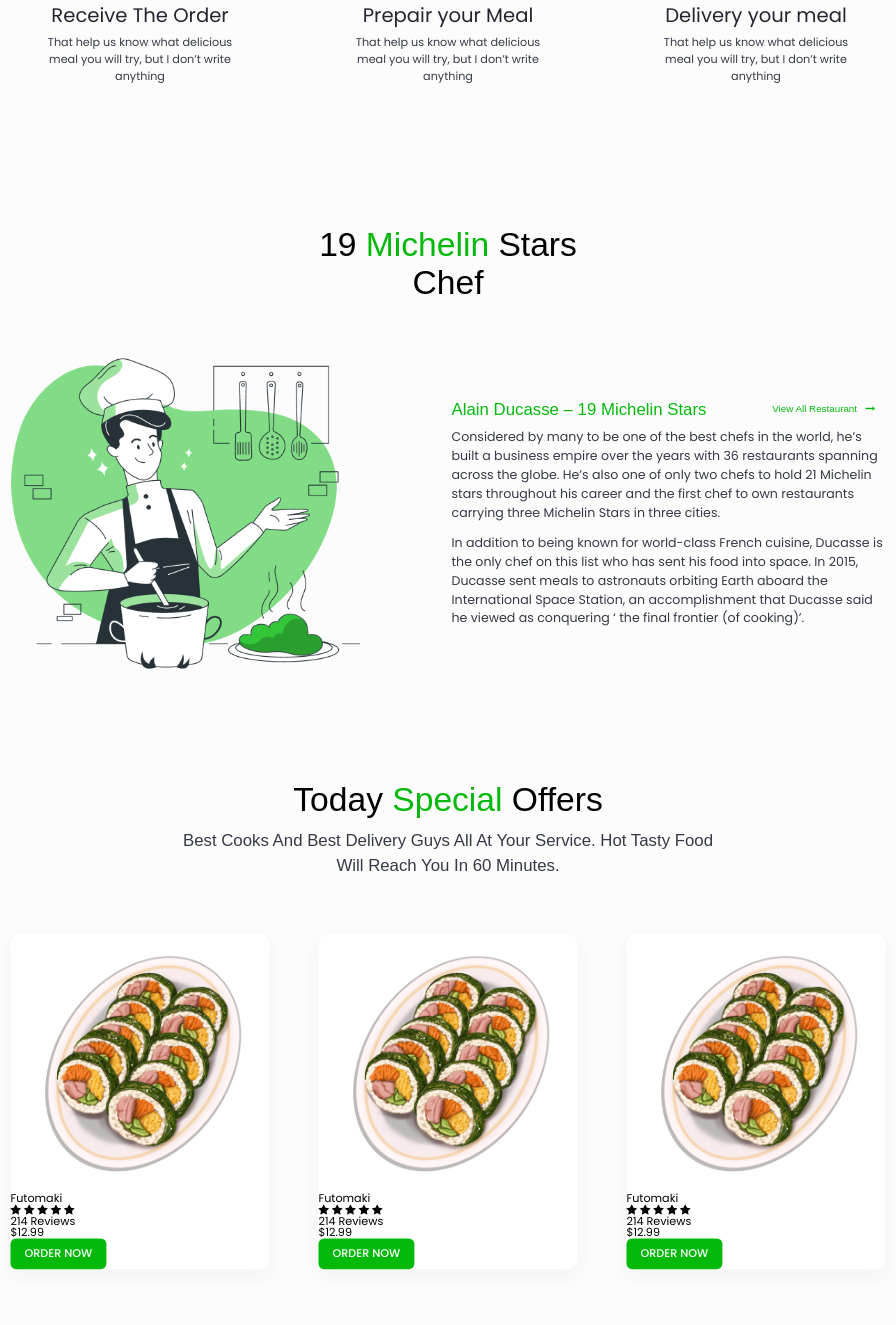
Repository: Toan3333/fooz
Page: index.html
These files come from the project's save history. The page is drawn as it stood at one moment and after the next save; the edit follows.
The browser window is 1280 px wide. The pictures show the part of the page from y = 1333 to 3253 px (the page is 3226 px tall before and 3253 px after), at 70% of full size.
Some web fonts or font styles are not loaded; a fallback is used.

Above is the page before, as saved 2023-05-18 16:13:18.

### index.html
<!DOCTYPE html>
<html lang="en">
  <head>
    <meta charset="UTF-8" />
    <meta http-equiv="X-UA-Compatible" content="IE=edge" />
    <meta name="viewport" content="width=device-width, initial-scale=1.0" />
    <title>Document</title>
    <link rel="stylesheet" href="./assets/css/style.css" />
    <link
      href="https://fonts.googleapis.com/css?family=Poppins:100,100italic,200,200italic,300,300italic,regular,italic,500,500italic,600,600italic,700,700italic,800,800italic,900,900italic"
      rel="stylesheet"
    />
    <link
      href="https://fonts.googleapis.com/css?family=Alice:regular"
      rel="stylesheet"
    />
    <link
      rel="stylesheet"
      href="https://cdnjs.cloudflare.com/ajax/libs/font-awesome/4.7.0/css/font-awesome.min.css"
    />
  </head>
  <body>
    <div class="app">
      <!-- header -->
      <header class="header">
        <div class="container">
          <div class="header-main">
            <div class="header-logo">
              <img src="./assets/images/Logo.svg" alt="" />
            </div>
            <div class="header-menu">
              <ul class="header-nav">
                <li class="header-list">
                  <a href="#" class="header-link active">Home</a>
                </li>
                <li class="header-list">
                  <a href="#" class="header-link">Menu</a>
                </li>
                <li class="header-list">
                  <a href="#" class="header-link">Blog</a>
                </li>
                <li class="header-list">
                  <a href="#" class="header-link">About us</a>
                </li>
                <li class="header-list">
                  <a href="#" class="header-link">Contact</a>
                </li>
              </ul>
            </div>
            <div class="header-auth">
              <div class="header-icon">
                <a href="#">
                  <i class="fa fa-user" aria-hidden="true"></i>
                </a>
                <a href="#">
                  <i class="fa fa-search" aria-hidden="true"></i>
                </a>
                <a href="#">
                  <i class="fa fa-shopping-cart" aria-hidden="true"></i>
                </a>
              </div>
            </div>
          </div>
        </div>
      </header>
      <section class="hero">
        <div class="container">
          <div class="hero-main">
            <div class="hero-content">
              <h2 class="hero-title">You’ve Got Questions We’ve Got Taste</h2>
              <div class="hero-desc">
                Explore your Taste with speacial food in the special place. This
                text don’t have any meaning
              </div>
              <div class="hero-cta">
                <div class="hero-btn">
                  <button class="button-primary">ORDER NOW</button>
                  <span>Explore menu</span>
                </div>
              </div>
              <div class="hero-info">
                <div class="hero-list">
                  <div class="hero-item">
                    <div class="hero-number">9+</div>
                    <div class="hero-text">years of service.</div>
                  </div>
                  <div class="hero-item">
                    <div class="hero-number">120+</div>
                    <div class="hero-text">Store in the world.</div>
                  </div>
                </div>
              </div>
            </div>
            <div class="hero-image">
              <img src="./assets/images/hero-bg.png" alt="" />
            </div>
          </div>
        </div>
      </section>
      <section class="service">
        <div class="container">
          <div class="text-center__primary">
            How we keep your meal <span class="text-primary">Delicious</span>
          </div>
          <div class="service-list">
            <div class="service-item">
              <div class="service-icon">
                <a href="#"
                  ><svg
                    width="48"
                    height="48"
                    viewBox="0 0 48 48"
                    fill="none"
                    xmlns="http://www.w3.org/2000/svg"
                  >
                    <path
                      fill-rule="evenodd"
                      clip-rule="evenodd"
                      d="M6 4C4.89543 4 4 4.89543 4 6C4 7.10457 4.89543 8 6 8H8V36C8 40.4183 11.5817 44 16 44H32C36.4183 44 40 40.4183 40 36V8H42C43.1046 8 44 7.10457 44 6C44 4.89543 43.1046 4 42 4H6ZM36 8H12V36C12 38.2091 13.7909 40 16 40H32C34.2091 40 36 38.2091 36 36V8Z"
                      fill="#777E91"
                    />
                    <path
                      d="M25.4142 14.5858C24.6332 13.8047 23.3668 13.8047 22.5858 14.5858L16.5858 20.5858C15.8047 21.3668 15.8047 22.6332 16.5858 23.4142C17.3668 24.1953 18.6332 24.1953 19.4142 23.4142L22 20.8284V32C22 33.1046 22.8954 34 24 34C25.1046 34 26 33.1046 26 32V20.8284L28.5858 23.4142C29.3668 24.1953 30.6332 24.1953 31.4142 23.4142C32.1953 22.6332 32.1953 21.3668 31.4142 20.5858L25.4142 14.5858Z"
                      fill="#777E91"
                    />
                  </svg>
                </a>
              </div>
              <h3 class="service-title">Receive The Order</h3>
              <div class="service-desc">
                That help us know what delicious meal you will try, but I don’t
                write anything
              </div>
            </div>
            <div class="service-item">
              <div class="service-icon">
                <a href="#">
                  <svg
                    width="49"
                    height="48"
                    viewBox="0 0 49 48"
                    fill="none"
                    xmlns="http://www.w3.org/2000/svg"
                  >
                    <path
                      fill-rule="evenodd"
                      clip-rule="evenodd"
                      d="M4.5 26C4.5 22.6863 7.18629 20 10.5 20H38.5C41.8137 20 44.5 22.6863 44.5 26C44.5 35.9411 36.4411 44 26.5 44H22.5C12.5589 44 4.5 35.9411 4.5 26ZM10.5 24H38.5C39.6046 24 40.5 24.8954 40.5 26C40.5 26.679 40.4517 27.3468 40.3582 28H8.64178C8.54834 27.3468 8.5 26.679 8.5 26C8.5 24.8954 9.39543 24 10.5 24ZM9.84726 32C12.0942 36.7299 16.9152 40 22.5 40H26.5C32.0848 40 36.9058 36.7299 39.1527 32H9.84726Z"
                      fill="#777E91"
                    />
                    <path
                      d="M18.5 4C19.6046 4 20.5 4.89543 20.5 6C20.5 8.45315 19.8455 9.78123 19.2889 10.8944L19.2729 10.9263C18.8372 11.7975 18.5 12.4717 18.5 14C18.5 15.1046 17.6046 16 16.5 16C15.3954 16 14.5 15.1046 14.5 14C14.5 11.5468 15.1545 10.2188 15.7111 9.10557L15.7271 9.07371C16.1628 8.20251 16.5 7.52827 16.5 6C16.5 4.89543 17.3954 4 18.5 4Z"
                      fill="#777E91"
                    />
                    <path
                      d="M26.5 4C27.6046 4 28.5 4.89543 28.5 6C28.5 8.45315 27.8455 9.78123 27.2889 10.8944L27.2729 10.9263C26.8372 11.7975 26.5 12.4717 26.5 14C26.5 15.1046 25.6046 16 24.5 16C23.3954 16 22.5 15.1046 22.5 14C22.5 11.5468 23.1545 10.2188 23.7111 9.10557L23.7271 9.07371C24.1628 8.20251 24.5 7.52827 24.5 6C24.5 4.89543 25.3954 4 26.5 4Z"
                      fill="#777E91"
                    />
                    <path
                      d="M36.5 6C36.5 4.89543 35.6046 4 34.5 4C33.3954 4 32.5 4.89543 32.5 6C32.5 7.52827 32.1628 8.20251 31.7271 9.07371L31.7111 9.10557C31.1545 10.2188 30.5 11.5468 30.5 14C30.5 15.1046 31.3954 16 32.5 16C33.6046 16 34.5 15.1046 34.5 14C34.5 12.4717 34.8372 11.7975 35.2729 10.9263L35.2889 10.8944C35.8455 9.78123 36.5 8.45315 36.5 6Z"
                      fill="#777E91"
                    />
                  </svg>
                </a>
              </div>
              <h3 class="service-title">Prepair your Meal</h3>
              <div class="service-desc">
                That help us know what delicious meal you will try, but I don’t
                write anything
              </div>
            </div>
            <div class="service-item">
              <div class="service-icon">
                <a href="#">
                  <svg
                    width="48"
                    height="48"
                    viewBox="0 0 48 48"
                    fill="none"
                    xmlns="http://www.w3.org/2000/svg"
                  >
                    <path
                      fill-rule="evenodd"
                      clip-rule="evenodd"
                      d="M0 14C0 10.6863 2.68629 8 6 8H22C25.3137 8 28 10.6863 28 14V32C28 34.2091 26.2091 36 24 36H16V32H23C23.5523 32 24 31.5523 24 31V14C24 12.8954 23.1046 12 22 12H6C4.89543 12 4 12.8954 4 14V30C4 31.1046 4.89543 32 6 32H8V36H6C2.68629 36 0 33.3137 0 30V14Z"
                      fill="#777E91"
                    />
                    <path
                      fill-rule="evenodd"
                      clip-rule="evenodd"
                      d="M24 14H36.4502C37.9458 14 39.3875 14.5586 40.4927 15.5663L46.0425 20.6264C47.2894 21.7633 48 23.3727 48 25.0601V30C48 33.3137 45.3137 36 42 36H40V32H42C43.1046 32 44 31.1046 44 30V25.0601C44 24.4976 43.7631 23.9612 43.3475 23.5822L37.7977 18.5221C37.4293 18.1862 36.9488 18 36.4502 18H30C28.8954 18 28 18.8954 28 20V31C28 31.5523 28.4477 32 29 32H32V36H24V14Z"
                      fill="#777E91"
                    />
                    <path
                      fill-rule="evenodd"
                      clip-rule="evenodd"
                      d="M12 36C13.1046 36 14 35.1046 14 34C14 32.8954 13.1046 32 12 32C10.8954 32 10 32.8954 10 34C10 35.1046 10.8954 36 12 36ZM12 40C15.3137 40 18 37.3137 18 34C18 30.6863 15.3137 28 12 28C8.68629 28 6 30.6863 6 34C6 37.3137 8.68629 40 12 40Z"
                      fill="#777E91"
                    />
                    <path
                      fill-rule="evenodd"
                      clip-rule="evenodd"
                      d="M36 36C37.1046 36 38 35.1046 38 34C38 32.8954 37.1046 32 36 32C34.8954 32 34 32.8954 34 34C34 35.1046 34.8954 36 36 36ZM36 40C39.3137 40 42 37.3137 42 34C42 30.6863 39.3137 28 36 28C32.6863 28 30 30.6863 30 34C30 37.3137 32.6863 40 36 40Z"
                      fill="#777E91"
                    />
                  </svg>
                </a>
              </div>
              <h3 class="service-title">Delivery your meal</h3>
              <div class="service-desc">
                That help us know what delicious meal you will try, but I don’t
                write anything
              </div>
            </div>
          </div>
        </div>
      </section>
      <section class="about">
        <div class="container">
          <h2 class="text-center__primary about-center">
            19 <span class="text-primary">Michelin</span> Stars Chef
          </h2>
          <div class="about-main">
            <div class="about-image">
              <img src="./assets/images/about-bg.png" alt="" />
            </div>
            <div class="about-content">
              <div class="about-info">
                <div class="about-name">Alain Ducasse – 19 Michelin Stars</div>
                <div class="about-view">
                  View All Restaurant
                  <i class="fa fa-long-arrow-right" aria-hidden="true"></i>
                </div>
              </div>
              <div class="about-text">
                <p class="about-desc">
                  Considered by many to be one of the best chefs in the world,
                  he’s built a business empire over the years with 36
                  restaurants spanning across the globe. He’s also one of only
                  two chefs to hold 21 Michelin stars throughout his career and
                  the first chef to own restaurants carrying three Michelin
                  Stars in three cities.
                </p>
                <br />
                <p class="about-desc">
                  In addition to being known for world-class French cuisine,
                  Ducasse is the only chef on this list who has sent his food
                  into space. In 2015, Ducasse sent meals to astronauts orbiting
                  Earth aboard the International Space Station, an
                  accomplishment that Ducasse said he viewed as conquering ‘ the
                  final frontier (of cooking)’.
                </p>
              </div>
            </div>
          </div>
        </div>
      </section>
      <section class="special">
        <div class="container">
          <div class="text-center__primary special-center">
            Today <span class="text-primary">special</span> offers
            <p class="text-bottom">
              Best cooks and best delivery guys all at your service. Hot tasty
              food will reach you in 60 minutes.
            </p>
          </div>
          <div class="special-list">
            <div class="special-item">
              <div class="special-image">
                <img src="./assets/images/special-1.png" alt="" />
              </div>
              <div class="special-title">Futomaki</div>
              <div class="special-rating">
                <div class="special-icon">
                  <i class="fa fa-star" aria-hidden="true"></i>
                  <i class="fa fa-star" aria-hidden="true"></i>
                  <i class="fa fa-star" aria-hidden="true"></i>
                  <i class="fa fa-star" aria-hidden="true"></i>
                  <i class="fa fa-star" aria-hidden="true"></i>
                </div>
                <div class="special-views">214 Reviews</div>
              </div>
              <div class="special-bottom">
                <div class="special-price">$12.99</div>
                <div class="special-button">
                  <button class="button-primary">ORDER NOW</button>
                </div>
              </div>
            </div>
            <div class="special-item">
              <div class="special-image">
                <img src="./assets/images/special-1.png" alt="" />
              </div>
              <div class="special-title">Futomaki</div>
              <div class="special-rating">
                <div class="special-icon">
                  <i class="fa fa-star" aria-hidden="true"></i>
                  <i class="fa fa-star" aria-hidden="true"></i>
                  <i class="fa fa-star" aria-hidden="true"></i>
                  <i class="fa fa-star" aria-hidden="true"></i>
                  <i class="fa fa-star" aria-hidden="true"></i>
                </div>
                <div class="special-views">214 Reviews</div>
              </div>
              <div class="special-bottom">
                <div class="special-price">$12.99</div>
                <div class="special-button">
                  <button class="button-primary">ORDER NOW</button>
                </div>
              </div>
            </div>
            <div class="special-item">
              <div class="special-image">
                <img src="./assets/images/special-1.png" alt="" />
              </div>
              <div class="special-title">Futomaki</div>
              <div class="special-rating">
                <div class="special-icon">
                  <i class="fa fa-star" aria-hidden="true"></i>
                  <i class="fa fa-star" aria-hidden="true"></i>
                  <i class="fa fa-star" aria-hidden="true"></i>
                  <i class="fa fa-star" aria-hidden="true"></i>
                  <i class="fa fa-star" aria-hidden="true"></i>
                </div>
                <div class="special-views">214 Reviews</div>
              </div>
              <div class="special-bottom">
                <div class="special-price">$12.99</div>
                <div class="special-button">
                  <button class="button-primary">ORDER NOW</button>
                </div>
              </div>
            </div>
          </div>
        </div>
      </section>
    </div>
  </body>
</html>

### assets/css/style.css
*,
*:before,
*:after {
  box-sizing: border-box;
  text-decoration: none;
  list-style: none;
}
:root {
  --font-primary: "Poppins", sans-serif;
  --font-secondary: "Alice", sans-serif;
  --primary-color: #04b90b;
  --black: #000000;
  --gray: #777e90;
  --black-2: #23262f;
  --bg-primary: #fcfcfd;
  --gray-2: #f4f5f6;
  --gray-3: #353945;
}
* {
  margin: 0;
  padding: 0;
  font: inherit;
}
img,
picture,
svg,
video {
  display: block;
  max-width: 100%;
}
input,
select,
textarea {
  background-color: transparent;
  outline: none;
}
button {
  cursor: pointer;
  background-color: transparent;
  outline: none;
  border: 0;
}
body {
  min-height: 100vh;
  font-weight: 400;
  font-size: 16px;
  line-height: 1;
  font-family: var(--font-primary);
  background-color: var(--bg-primary);
  color: var(--black);
}
.container {
  max-width: 1330px;
  width: 100%;
  margin: 0 auto;
  padding: 0 15px;
}
/* HEADER */
.header {
  padding: 40px 0;
}
.header-main {
  display: flex;
  justify-content: space-between;
  align-items: center;
}
.header-nav {
  display: flex;
  align-items: center;
  gap: 30px;
}
.header-link {
  font-size: 18px;
  line-height: 30px;
  font-weight: 400;
  color: var(--black);
}
.header-link:hover {
  color: var(--primary-color);
  transition: all 0.2s linear;
}
.header-link.active {
  color: var(--primary-color);
}
.header-icon {
  display: flex;
  align-items: center;
  gap: 30px;
  font-size: 23px;
}
.header-icon > a {
  color: var(--black);
}
.header-icon > a:hover {
  color: var(--primary-color);
  transition: all 0.2s linear;
}
/* HEADER END */

/* HERO */
.hero {
  padding: 60px 0;
}
.hero-main {
  display: flex;
  justify-content: space-between;

  gap: 40px;
}
.hero-content {
  max-width: 677px;
  width: 100%;
}
.hero-title {
  font-size: 68px;
  font-weight: 400;
  font-family: var(--font-secondary);
  line-height: 70px;
  letter-spacing: -0.5%;
  margin-bottom: 30px;
}
.hero-desc {
  font-size: 24px;
  font-weight: 400;
  line-height: 36px;
  color: var(--gray);
  margin-bottom: 25px;
}
.hero-cta {
  margin-bottom: 105px;
}
.hero-btn {
  display: flex;
  align-items: center;
  gap: 24px;
}
.hero-btn span {
  font-size: 16px;
  line-height: 24px;
  font-weight: 400;
  color: var(--primary-color);
}
.button-primary {
  background-color: var(--primary-color);
  border-radius: 8px;
  padding: 10px 20px;
  font-size: 16px;
  line-height: 24px;
  font-weight: 500;
  color: var(--bg-primary);
}
.hero-info {
  max-width: 576px;
  width: 100%;
  background-color: var(--gray-2);
  border-radius: 16px;
  padding: 28px 56px 28px 56px;
}
.hero-list {
  display: flex;
  align-items: center;
  justify-content: space-between;
}

.hero-item {
  text-align: center;
}
.hero-number {
  font-size: 32px;
  line-height: 48px;
  font-weight: 600;
  color: var(--gray);
}
.hero-text {
  font-size: 20px;
  line-height: 30px;
  color: var(--gray);
  font-weight: 400;
}
.hero-image {
  width: 100%;
}
.hero-image img {
  width: 100%;
}
/* HERO END*/

/* SERVICE */
.service {
  padding: 80px 0;
}
.text-center__primary {
  max-width: 440px;
  margin: 0 auto;
  text-align: center;
  font-size: 48px;
  font-weight: 400;
  line-height: 55px;
  font-family: var(--font-secondary);
  text-transform: capitalize;
}
.text-primary {
  color: var(--primary-color);
}
.service-list {
  margin-top: 100px;
  display: grid;
  grid-template-columns: repeat(3, 1fr);
  grid-gap: 70px;
}
.service-item {
  display: flex;
  align-items: center;
  justify-content: center;
  flex-direction: column;
  padding: 40px 36px;
  text-align: center;
  cursor: pointer;
}
.service-item:hover {
  background: #ffffff;
  box-shadow: 0px 10px 27px rgba(53, 53, 53, 0.05);
  transition: 0.2s linear;
}
.service-icon {
  margin-bottom: 24px;
}
.service-icon a {
  width: 120px;
  height: 120px;
  border-radius: 100rem;
  background: #ffffff;
  box-shadow: 5px 9px 16px rgba(0, 0, 0, 0.04);
  display: inline-flex;
  align-items: center;
  justify-content: center;
}
.service-title {
  font-size: 28px;
  line-height: 42px;
  font-weight: 400;
  color: var(--black-2);
  margin-bottom: 6px;
}
.service-desc {
  font-size: 16px;
  line-height: 24px;
  font-weight: 400;
  color: var(--gray-3);
}
/* SERVICE END*/

/* ABOUT */
.about {
  padding: 80px 0;
}
.about-heading {
  text-align: center;
}
.about-main {
  display: flex;
  justify-content: space-between;
  align-items: center;
  gap: 130px;
  margin-top: 80px;
}
.about-center {
  max-width: 475px;
}
.about-image {
  max-width: 500px;
  width: 100%;
}
.about-image img {
  width: 100%;
}
.about-content {
  width: 100%;
}
.about-info {
  display: flex;
  align-items: center;
  gap: 94px;
  font-family: var(--font-secondary);
  margin-bottom: 12px;
}
.about-name {
  font-size: 24px;
  color: var(--primary-color);
  font-weight: 400;
  line-height: 28px;
}
.about-view {
  display: flex;
  align-items: center;
  gap: 12px;
  font-size: 14px;
  font-weight: 500;
  line-height: 20px;
  color: var(--primary-color);
}
.about-desc {
  font-size: 18px;
  line-height: 27px;
  font-weight: 400;
  color: var(--gray-3);
}
/* ABOUT END*/

/* SPECIAL */
.special {
  padding: 80px 0;
}
.special-center {
  max-width: 770px;
  margin: 0 auto;
  width: 100%;
}
.text-bottom {
  margin-top: 12px;
  font-size: 24px;
  line-height: 36px;
  color: var(--gray-3);
  font-weight: 400;
}
.special-list {
  margin-top: 80px;
  display: grid;
  grid-template-columns: repeat(3, 1fr);
  grid-gap: 70px;
}
.special-item {
  background-color: #ffffff;
  box-shadow: 0px 10px 27px rgba(53, 53, 53, 0.05);
  border-radius: 15px;
}
.special-image {
  width: 100%;
}
.special-image img {
  width: 100%;
}
/* SPECIAL END*/

After the next save:
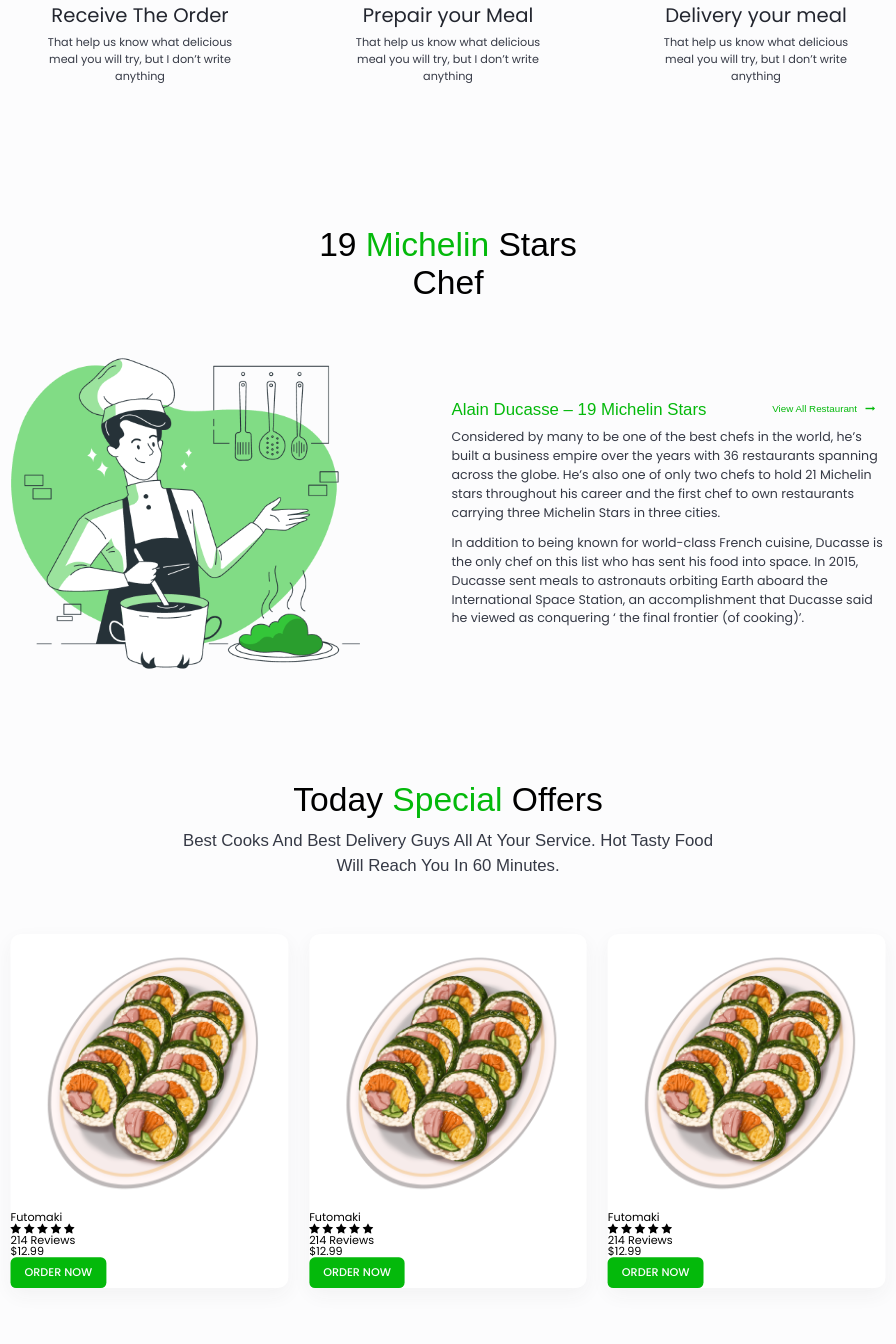
Saved 10 s later.
--- a/assets/css/style.css
+++ b/assets/css/style.css
@@ -327,7 +327,7 @@
   margin-top: 80px;
   display: grid;
   grid-template-columns: repeat(3, 1fr);
-  grid-gap: 70px;
+  grid-gap: 30px;
 }
 .special-item {
   background-color: #ffffff;
